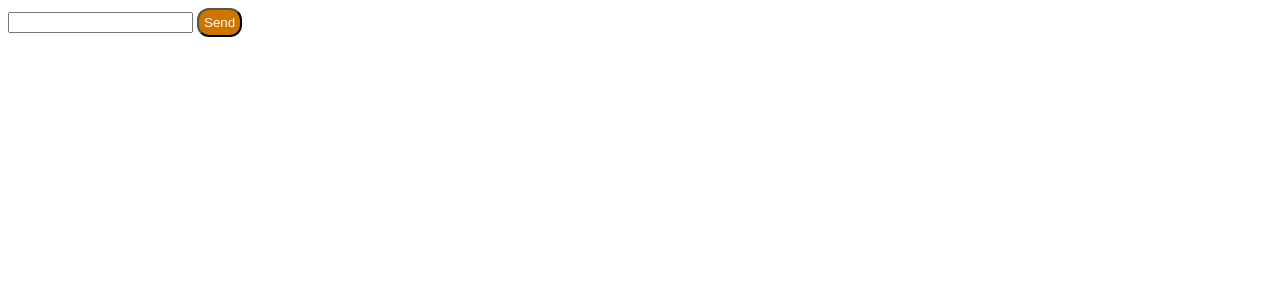
Repository: SukhrajSinghMatharu/node-chat-basic
Page: views/index.html
These files come from the project's save history. The page is drawn as it stood at one moment and after the next save; the edit follows.
The browser window is 1280 px wide. The pictures show the whole page.
The page's requests for data from a server got no answer. Some web libraries are served in a nearby version.

Above is the page before, as saved 2020-12-21 13:58:55.
Console error: TypeError: Cannot read properties of null (reading 'addEventListner')

### views/index.html
<html>
    <script src="https://cdnjs.cloudflare.com/ajax/libs/socket.io/3.0.4/socket.io.js" integrity="sha512-aMGMvNYu8Ue4G+fHa359jcPb1u+ytAF+P2SCb+PxrjCdO3n3ZTxJ30zuH39rimUggmTwmh2u7wvQsDTHESnmfQ==" crossorigin="anonymous"></script>
    <style>
        .mymessage{
            float: left;
            clear: both;
            border-radius: 15px;
            padding: 8px;
            background-color:rgb(255, 255, 255);
            color:rgb(1, 94, 138);
            margin-top: 15px;
            box-shadow: 0 1px 2px 0 rgba(0, 0, 0, 0.2), 0 1.5px 5px 0 rgba(0, 0, 0, 0.19);
        }
        .othermessage{
            float: right;
            clear: both;
            border-radius: 15px;
            padding: 8px;
            background-color:rgb(1, 94, 138);
            color: #ffffff;
            margin-top: 15px;
        }
        .notification{
            float: center;
            clear: both;
            border-radius: 12px;
            padding: 5px;
            background-color:rgb(206, 117, 0);
            color: #ffffff;
            margin-top: 15px;
            text-align: center;
        }
        .send{
            border-radius: 12px;
            padding: 5px;
            background-color:rgb(206, 117, 0);
            color: #ffffff;
        }
    </style>
<body>
    <input type="text" id="messagebox">
    <button class="send" onclick="myFunction()">Send</button>

    <div id="main"></div>
    <script>

    const socket = io();
    socket.on('recieve-message',(data)=>{
        console.log(data)
        // var count = parseInt(data);
        // document.getElementById("demo").innerHTML = data;
        var div = document.createElement("div");
        div.className = "othermessage";
        div.innerHTML = data;
        document.getElementById("main").appendChild(div);
    });// adding click event on button
    socket.on('new-user',(data)=>{
        var div = document.createElement("div");
        div.className = "notification";
        div.innerHTML = 'New user added '+data;
        document.getElementById("main").appendChild(div);
    });
    function myFunction() {
        var data = document.getElementById("messagebox").value;
        var div = document.createElement("div");
        div.className = 'mymessage'
        div.innerHTML = data;
        document.getElementById("main").appendChild(div);
        socket.emit('send-message',data);
    }
    document.querySelector('#inc').addEventListner('click', () => {
        socket.emit('increment')// Sending increment event to server
    });
    </script>
</body >
<html>

After the next save:
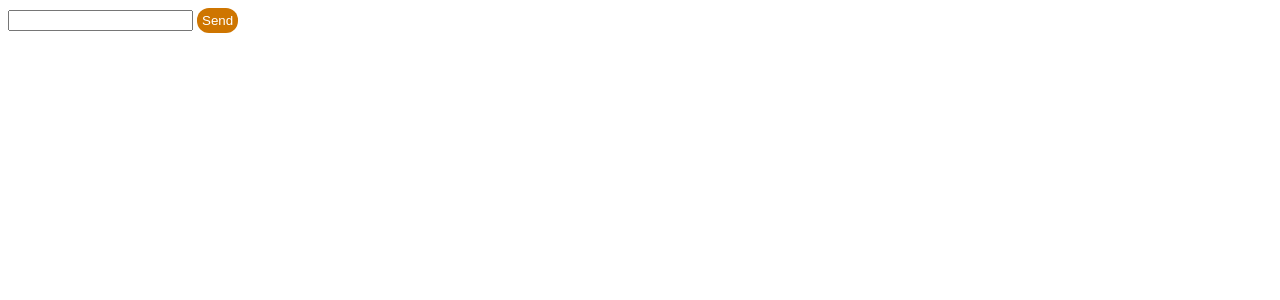
Saved 17 s later.
--- a/views/index.html
+++ b/views/index.html
@@ -34,6 +34,7 @@
             border-radius: 12px;
             padding: 5px;
             background-color:rgb(206, 117, 0);
+            border: 0px;
             color: #ffffff;
         }
     </style>
